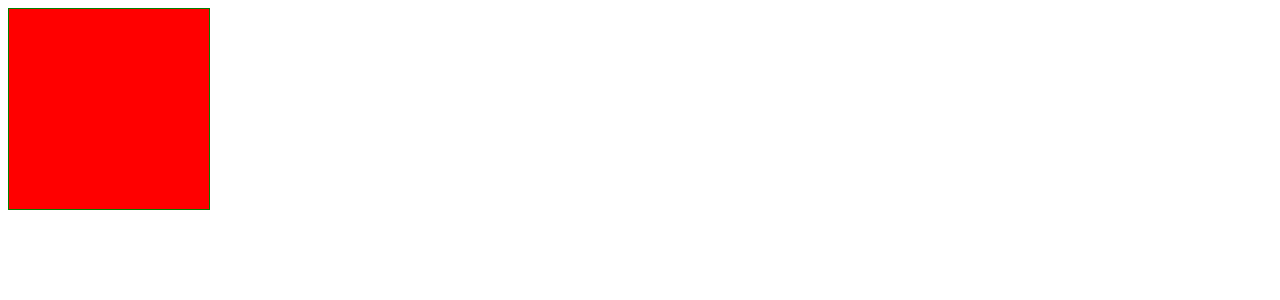
Repository: b1996om/HTML-CSS_study
Page: Practice/public/prac_10.html
The author's editor kept a copy of each file at every save. The page is drawn from the files as they stood at one save, then again after the next save.
The browser window is 1280 px wide. The pictures show the whole page.
The pointer rests on the first visible `.box1`.

Above is the page before, as saved 2022-12-13 07:39:36.

After the next save:
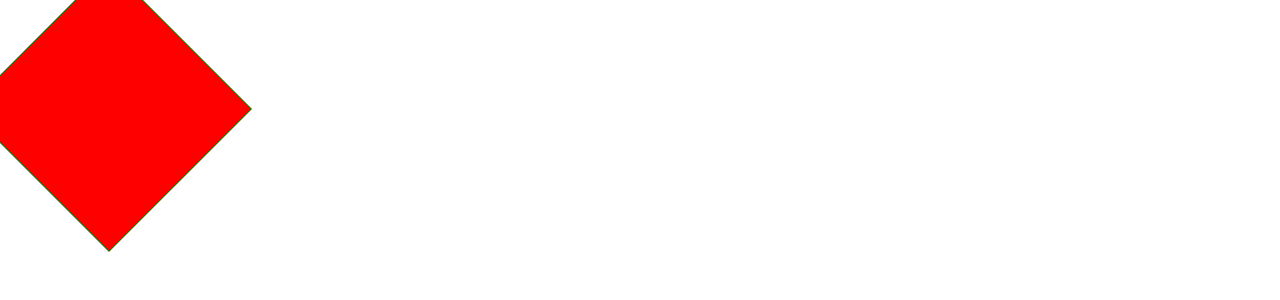
Saved 11 s later.
--- a/Practice/public/prac_10.html
+++ b/Practice/public/prac_10.html
@@ -16,7 +16,7 @@
 			height:200px;
 			background-color:red;
 			transition:.4s;
-			transform:rotate(180deg);
+			transform:rotate(45deg);
 		}
 	</style>
 </head>

After the save that followed:
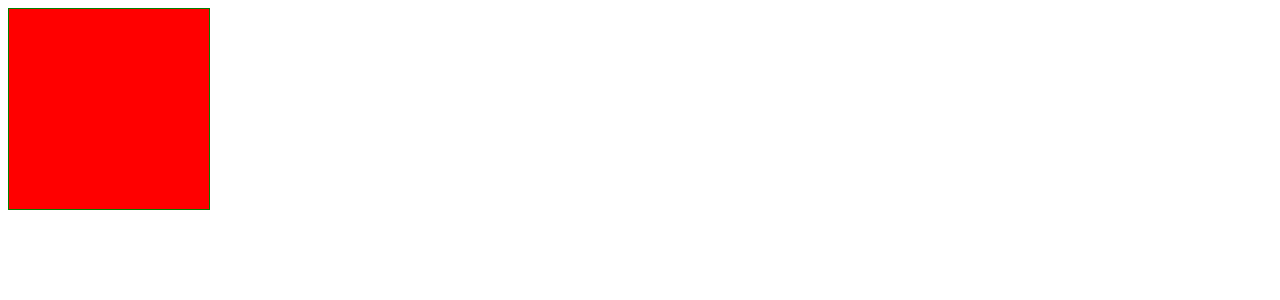
Saved 7 s later.
--- a/Practice/public/prac_10.html
+++ b/Practice/public/prac_10.html
@@ -16,7 +16,7 @@
 			height:200px;
 			background-color:red;
 			transition:.4s;
-			transform:rotate(45deg);
+			transform:rotate(360deg);
 		}
 	</style>
 </head>
